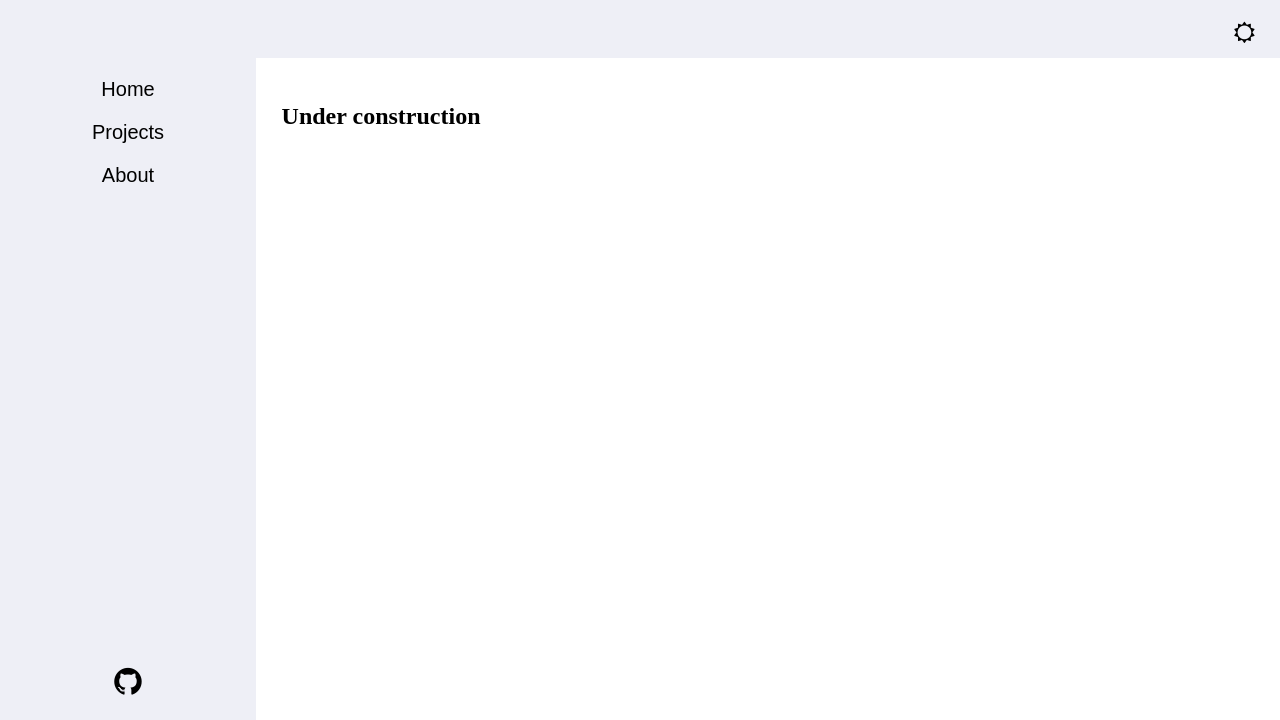
Repository: josephinel6/josephinel6.github.io
Page: index.html
These files come from the project's save history. The page is drawn as it stood at one moment and after the next save; the edit follows.
The browser window is 1280 px wide. The pictures show the whole page.

Above is the page before, as saved 2023-04-06 12:38:01.

### index.html
<!DOCTYPE html>
<html>
<zero-md>
    <template data-merge="append">
        <style>
            p {
                color: var(--color-gen-text) !important;
            }
        </style>
    </template>
</zero-md>

<head>
    <style>
        :root.light {
            --color-bg: #eeeff6;
            --color-menu-text: black;
            --color-page-bg: white;
            --color-obj-bg: lemonchiffon;
            --color-title-text: black;
            --color-gen-text: black;
            --color-menu-hover: darkgrey;
            --color-title-hover: darkgrey;
        }

        :root.dark {
            --color-bg: #212121;
            --color-menu-text: #D3D3D3;
            --color-page-bg: #333333;
            --color-obj-bg: #403f3f;
            --color-title-text: #D3D3D3;
            --color-gen-text: white;
            --color-menu-hover: grey;
            --color-title-hover: grey;
        }

        /* :root {
            --color-bg: black;
        } */

        html,
        body {
            height: 100%;
            width: 100%;
            overflow-x: hidden;

            margin: 0;
            position: relative;
            /* border-color: blue;
            border-radius: 10px;
            border-style: solid; */
            padding: 0;
        }

        #menu {
            height: 100%;
            width: 20%;
            position: absolute;
            z-index: 1;
            top: 0;
            bottom: 0;
            background-color: var(--color-bg);
        }

        #topbar {
            width: 100%;
            height: 8%;
            background-color: var(--color-bg);
            position: absolute;
        }

        .menutext {
            color: var(--color-menu-text);
            font-family: sans-serif;
            font-size: 20px;
        }

        .menutext:hover {
            cursor: pointer;
            color: var(--color-menu-hover);
        }

        .fa-github {
            color: var(--color-menu-text);
        }

        .fa-github:hover {
            color: var(--color-menu-hover);
        }

        .div.markdown-body {
            color: var(--color-gen-text) !important;
        }

        #window {
            background-color: var(--color-page-bg);
            position: absolute;
            height: 92%;
            overflow: hidden;
            width: 80%;
            right: 0;
            bottom: 0;
        }

        .markdownpg {
            color: white !important;
        }

        .tabcontent {
            height: 100%;
            width: 100%;
            position: absolute;
            overflow-y: scroll;
            margin-top: 2.5%;
            margin-left: 2.5%;
        }

        .projectbutton {
            /* height: 175px; */
            width: 95%;
            position: absolute;
            background-color: var(--color-obj-bg);
            border-radius: 10px;
            font-family: sans-serif;
            font-size: 30px;
        }

        .projectbutton:hover {
            cursor: pointer;
        }

        .projectbutton:hover>.projectbuttontitle {
            color: var(--color-title-hover);
        }

        .projectbutton:hover>.projectbuttondesc {
            color: var(--color-title-hover);
        }

        .projectbuttontitle {
            margin-left: 3%;
            margin-top: 3%;
            margin-bottom: -1.5%;
            color: var(--color-title-text);
        }

        #day-night {
            color: var(--color-menu-text);
            z-index: 2;
            position: absolute;
            top: 25px;
            right: 25px;
        }

        .projectbuttondesc {
            font-family: sans-serif;
            font-size: 20px;
            margin: 3%;
            color: var(--color-gen-text);
        }

        #day-night:hover {
            cursor: pointer;
            color: var(--color-menu-hover)
        }

        /* .fa-2x {
            height: 20px !important;
        } */
    </style>
    <link rel="stylesheet" href="https://cdnjs.cloudflare.com/ajax/libs/font-awesome/4.7.0/css/font-awesome.min.css">
    <script type="module" src="https://cdn.jsdelivr.net/gh/zerodevx/zero-md@2/dist/zero-md.min.js"></script>
    <script type="module" src="https://md-block.verou.me/md-block.js"></script>
</head>

<body>
    <div id="menu">
        <div style="position:absolute; top: 8%; width: 100%; text-align: center;">

            <p class="menutext" onclick="openpage('homepage')"> Home </p>
            <p class="menutext" onclick="openpage('projectbuttons')"> Projects </p>
            <p class="menutext" onclick="openpage('aboutpage')"> About </p>

        </div>

        <div style="position:absolute; bottom:3%; width: 100%; text-align: center;">
            <a href="https://github.com/josephinel6" class="fa fa-github fa-2x" style="text-decoration: none;"></a>
        </div>
    </div>
    <div id="topbar">
        <i onclick="daynight()" class="fa fa-sun-o fa-lg" id="day-night"></i>
    </div>
    <div id="window">
        <div id="homepage" class="tabcontent">
            <h2> Under construction </h2>
        </div>
        <div id="projectbuttons" class="tabcontent">
            <div class="projectbutton" onclick="openpage('weatherAPI')">
                <h2 class="projectbuttontitle"> Weather API </h2>
                <p class="projectbuttondesc"> My first project with APIs. </p>
            </div>
        </div>
        <zero-md src="https://josephinel6.github.io/weatherAPI.md" class="tabcontent markdownpg"
            id="weatherAPI"></zero-md>
        <div class="tabcontent" id="aboutpage">
            <zero-md src="https://josephinel6.github.io/about.md" class="markdownpg"></zero-md>
        </div>
        <script>
            var night;

            tabcontent = document.getElementsByClassName("tabcontent");
            for (i = 0; i < tabcontent.length; i++) {
                tabcontent[i].style.display = "none";
            }

            window.onload = function () {
                var night = false;
                document.documentElement.classList.remove("dark")
                document.documentElement.classList.add("light")
                window.localStorage.setItem('mode', 'light');
                // var night = true;
                // document.documentElement.classList.remove("light")
                // document.documentElement.classList.add("dark")
                // window.localStorage.setItem('mode', 'dark');
                console.log("dark")
                document.getElementById("homepage").style.display = "block";
            }

            function openpage(pageName) {
                var i, tabcontent, tablinks;
                tabcontent = document.getElementsByClassName("tabcontent");
                for (i = 0; i < tabcontent.length; i++) {
                    tabcontent[i].style.display = "none";
                }
                tablinks = document.getElementsByClassName("tablink");
                for (i = 0; i < tablinks.length; i++) {
                    tablinks[i].style.backgroundColor = "";
                }
                document.getElementById(pageName).style.display = "block";

                document.body.scrollTop = 0;
                document.documentElement.scrollTop = 0;
            }

            function daynight() {
                var daynight = document.getElementById("day-night");
                if (night == true) {
                    daynight.classList.remove("fa-sun-o");
                    daynight.classList.add("fa-moon-o");
                    night = false;
                    document.documentElement.classList.remove("dark")
                    document.documentElement.classList.add("light")
                    window.localStorage.setItem('mode', 'light');
                }
                else {
                    daynight.classList.remove("fa-moon-o");
                    daynight.classList.add("fa-sun-o");
                    night = true;
                    document.documentElement.classList.remove("light")
                    document.documentElement.classList.add("dark")
                    window.localStorage.setItem('mode', 'dark');
                }
            }
        </script>

</body>

</html>

After the next save:
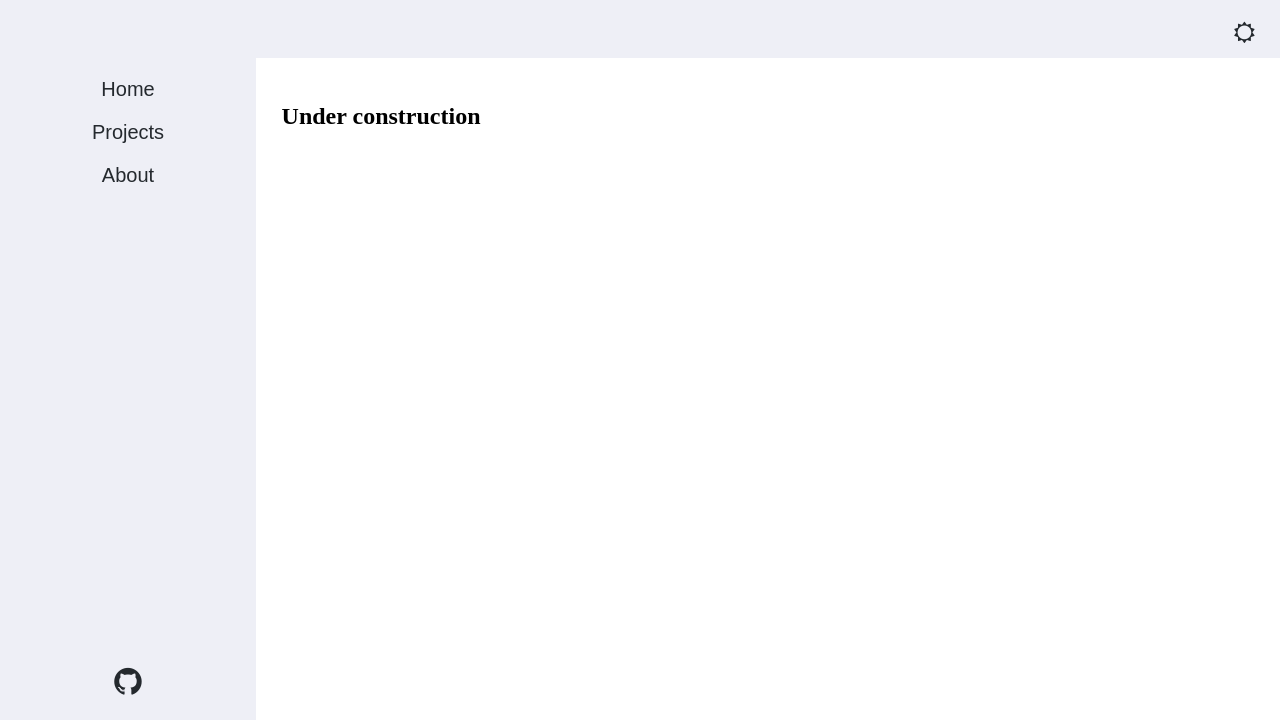
Saved 72 s later.
--- a/index.html
+++ b/index.html
@@ -14,7 +14,7 @@
     <style>
         :root.light {
             --color-bg: #eeeff6;
-            --color-menu-text: black;
+            --color-menu-text: #24292e;
             --color-page-bg: white;
             --color-obj-bg: lemonchiffon;
             --color-title-text: black;
